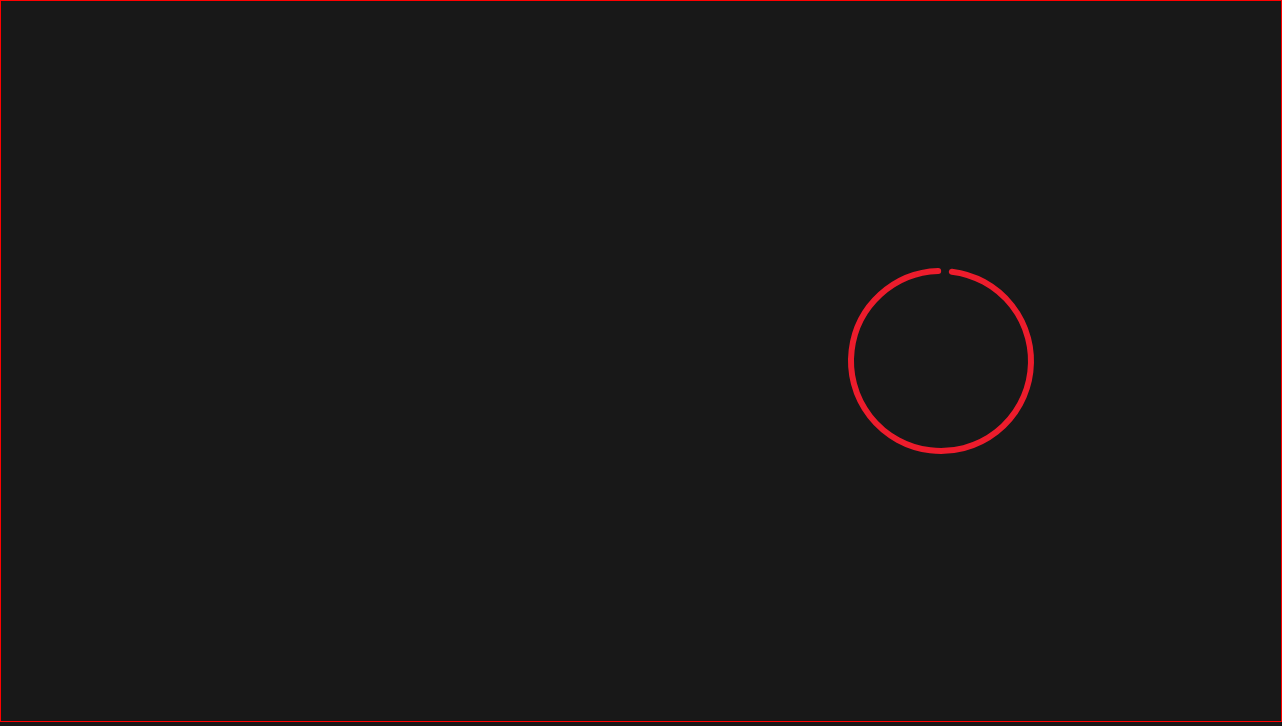
Repository: randy918/chris-canvas-52323
Page: index.html
An editor plug-in stored every save of this project. The page is shown before and after a run of saves, followed by the edit.
The browser window is 1280 px wide. The page is 1282 px wide, then 1280 px, then 1282 px, so the pictures cover 1282 px, including what lies to the right of the window. The pictures show the whole page.
The style sheet was rebuilt from its Sass, Less or Tailwind sources for each picture, by a compiler version that may differ from the author's.

Above is the page before, as saved 2023-05-26 18:14:56.

### index.html
<!DOCTYPE html>
<html lang="en">
	<head>
		<meta charset="UTF-8" />
		<meta http-equiv="X-UA-Compatible" content="IE=edge" />
		<meta
			name="viewport"
			content="width=device-width, initial-scale=1.0"
		/>
		<link
			rel="stylesheet"
			href="css/main.css"
			<script
			src="https://ajax.googleapis.com/ajax/libs/jquery/3.6.3/jquery.min.js"
			defer
		/>

		<title>Canvas Resize</title>
	</head>

	<body>
		<canvas></canvas>

		<script src="js/myfunctions.js"></script>
		<script src="js/canvas.js"></script>
	</body>
</html>

<!-- ca1f26ba6eb2ba4fb641257b39d3bea7 -->

### js/myfunctions.js
//todo   function r(min, max)  Random integers, can be just 'max'
//todo   function getTime()--works! it is 72519.1414 format
//todo   function getCompleteDate()
//todo   function getMinute()
//todo   function getHour()
//todo   function getHour00()
//todo   function get24Hour()
//todo   function get24Hour00()
//todo   function getDay()
//todo   function getDay00()
//todo   function getMonth()
//todo   function getMonth00()
//todo   function getYear()
//todo   function getYear00()
//todo   function t()    eternal timestamp long number
//todo   function placeText(myIdClass, text)   unsure if it works?
//todo   function placeText2(myIdClass, text)   unsure if it works?
//todo   function getText(myIdClass)....brings whole line incl. tags
//todo   function getInnerText(myIdClass)
//todo   function getOuterText(myIdClass)
//todo   function addClass(myIdClass, newClass)
//todo   function removeClass(myIdClass, removeClass)
//todo   function changeBackgroundColor(myIdClass, color)
//todo   function changeTypeColor(myIdClass, color)
//todo   function changeTypeSize(myIdClass, size)
//todo   function addCSSText(myIdClass, text)



function r(min, max) {
  // 2.0, accepts single value for 1-x
  if (max === undefined) {
    max = min;
    min = 1;
  }
  const randomNumber = min - 1 + Math.ceil(Math.random() * (max + 1 - min));
  return randomNumber;
}
// may not be a real function
function getTime() {
  var today = new Date();
  var codeMonth = today.getMonth() + 1;
  var codeDay = today.getDate();
  if (codeDay < 10) {
    codeDay = "0" + codeDay;
  }
  var codeMinute = today.getMinutes();
  var codeHour = today.getHours();
  if (codeMinute < 10) {
    codeMinute = "0" + codeMinute;
  }
  if (codeHour < 10) {
    codeHour = "0" + codeHour;
  }
  var codeYear = today.getFullYear() - 2000;
  var dateTime =
    codeMonth + "" + codeDay + "" + codeYear + "." + codeHour + "" + codeMinute;
  // document.getElementById(`timeStamp`).innerHTML = dateTime;
  t = setTimeout(function () {
    getTime();
  }, 30000);
  return dateTime;
}

function getCompleteDate() {
  const today = new Date();
  return today;
}

function getMinute() {
  const today = new Date();
  const codeMinute = today.getMinutes();
  if (codeMinute < 10) {
    codeMinute = "0" + codeMinute;
  }
  return codeMinute;
}

function getMinute00() {
  const today = new Date();
  let codeMinute = today.getMinutes();
  if (codeMinute < 10) {
    codeMinute = "0" + codeMinute;
  }
  return codeMinute;
}

function getHour() {
  const today = new Date();
  let codeHour = today.getHours();
  if (codeHour > 12) {
    codeHour = codeHour - 12;
  }
  return codeHour;
}

function getAmPm() {
  let amPm = "am";
  const today = new Date();
  let codeHour = today.getHours();
  if (codeHour > 12) {
    amPm = "pm";
  }
  return amPm;
}

function getHour00() {
  const today = new Date();
  const codeHour = today.getHours();
  if (codeHour > 12) {
    codeHour = codeHour - 12;
  }
  if (codeHour < 10) {
    codeHour = "0" + codeHour;
  }
  return codeHour;
}

function get24Hour() {
  const today = new Date();
  const codeHour = today.getHours();
  return codeHour;
}

function get24Hour00() {
  const today = new Date();
  const codeHour = today.getHours();
  if (codeHour < 10) {
    codeHour = "0" + codeHour;
  }
  return codeHour;
}

function getDayVerbal() {
  const today = new Date();
  const codeDay = today.getDay() + 1;
  return theDay[codeDay];
}

function getDay00() {
  const today = new Date();
  const codeDay = today.getDate();
  if (codeDay < 10) {
    codeDay = "0" + codeDay;
  }
  return codeDay;
}

function getDay() {
  const today = new Date();
  const codeDay = today.getDate();
  return codeDay;
}

function getMonthVerbal() {
  const today = new Date();
  const codeMonth = today.getMonth() + 1;
  return theMonth[codeMonth];
}

function getMonth00() {
  const today = new Date();
  const codeMonth = today.getMonth() + 1;
  if (codeMonth < 10) {
    codeMonth = "0" + codeMonth;
  }
  return codeMonth;
}

function getMonth() {
  const today = new Date();
  const codeMonth = today.getMonth() + 1;
  return codeMonth;
}

function getYear00() {
  const today = new Date();
  const codeYear = today.getYear() - 100;
  if (codeYear < 10) {
    codeMYear = "0" + codeYear;
  }
  return codeYear;
}

function getYear() {
  const today = new Date();
  const codeYear = today.getYear() + 1900;
  return codeYear;
}

function t() {
  const now = new Date();
  eventTimestamp = now.getTime();
  // c(eventTimestamp);
  return eventTimestamp;
}
//    !  72419.1659 DOM MANIPULATION
//!
//!  placeText   element name, and text to put there--runs loosely?

function placeText(myIdClass, text) {
  const myElement = document.querySelector(myIdClass);
  myElement.innerText = text;
}
//    the function is longer than the original
// $(myIdClass).text(text)   <---works
function placeText2(myIdClass, text) {
  $(myIdClass).text(text);
}
function getText(myIdClass) {
  return document.querySelector(myIdClass);
}

function getInnerText(myIdClass) {
  return document.querySelector(myIdClass).innerHTML;
}

function getOuterText(myIdClass) {
  return document.querySelector(myIdClass).outerHTML;
}

function addClass(myIdClass, newClass) {
  document.querySelector(myIdClass).classList.add(newClass);
}

function removeClass(myIdClass, removeClass) {
  document.querySelector(myIdClass).classList.remove(removeClass);
}
// not sure what this one is for now
function containsClass(myIdClass, containsClass) {
  document.querySelector(myIdClass).classList.contains(containsClass);
}
// above, can switch and toggle  also  mmtuts YOUTUBE 29-31 USING JAVASCRIPT
function changeBackgroundColor(myId, color) {
  document.getElementById(myId).style.background = color;

  // document.querySelector(myIdClass).style.backgroundColor = color;
}

function changeTypeColor(myIdClass, color) {
  document.querySelector(myIdClass).style.color = color;
}

function changeTypeSize(myIdClass, size) {
  document.querySelector(myIdClass).style.fontSize = size;
}

function addCSSText(myIdClass, text) {
  document.querySelector(myIdClass).style.cssText = text;
}

//!  72519.1714    Common Basic VARIABLE ARRAYS
var theDay = new Array(
  "Zero",
  "Sunday",
  "Monday",
  "Tuesday",
  "Wednesday",
  "Thursday",
  "Friday",
  "Saturday"
);
var theDayMin3 = new Array(
  "Zero",
  "Sun.",
  "Mon.",
  "Tues.",
  "Wed.",
  "Thurs.",
  "Fri.",
  "Sat."
);
var theDayMin2 = new Array("Zero", "S", "M", "Tu", "W", "Th", "F", "S");
var theDayMin1 = new Array("Zero", "S", "M", "T", "W", "T", "F", "S");
var theMonth = new Array(
  "Zero",
  "January",
  "February",
  "March",
  "April",
  "May",
  "June",
  "July",
  "August",
  "September",
  "October",
  "November",
  "December"
);
var theMonthMin = new Array(
  "Zero",
  "Jan.",
  "Feb.",
  "Mar.",
  "Apr.",
  "May",
  "June",
  "July",
  "Aug.",
  "Sept.",
  "Oct.",
  "Nov.",
  "Dec."
);

function showDateTimeFormat() {
  const today = new Date();
  const formattedDate = new Intl.DateTimeFormat("en-US").format(today);
  const consoleFunctioningMessage = `
Console functioning: ${getDayVerbal()}, ${getMonthVerbal()} ${getDay()} at ${getHour()}:${getMinute00()}${getAmPm()}
  `;
  return consoleFunctioningMessage;
}
showDateTimeFormat();

console.log(`%c${showDateTimeFormat()}`, "font-size: 20px; color: gray");

//console.log("%cThis is a default font style", "color: blue; font-size: 20px");

### js/canvas.js
//!  121822.0826        FUNCTIONS

const init = function () {
	main();
};

window.onload = function () {
	init();
};

//!  123122.1839        MAIN================================================

const main = function () {
	//!  10123.1609  variables

	const canvas = document.querySelector("canvas");
	canvas.width = window.innerWidth;
	canvas.height = window.innerHeight;

	let defaultX = canvas.width / 2;
    let defaultY = canvas.height / 2;

    let dx = 1;


	const DEFAULTWIDTH = 200;
	const DEFAULTHEIGHT = 200;
	const DEFAULTSTROKEWIDTH = 6;

	let defaultWidth = DEFAULTWIDTH;
	let defaultHeight = DEFAULTHEIGHT;
	let defaultStrokeWidth = DEFAULTSTROKEWIDTH;

	const c = canvas.getContext("2d");

	//!  10123.1609 functions

	//!  10123.1609 LIBRARY

	const c_Animate = function () {
        requestAnimationFrame(c_Animate);
        c.clearRect(0, 0, innerWidth, innerHeight);

        c_Circle(defaultX, defaultY, 90);
        defaultX++


	};

	const c_Circle = function (
		defaultX,
		defaultY,
		size,
		defaultHeight
	) {
		c.beginPath();
		c.arc(defaultX, defaultY, size, -1.45, 1.49 * Math.PI);
		c.stroke();
	};

	const c_Fill = function (color, size) {
		c.fillStyle = color;
	};

	const c_Square = function (defaultX, defaultY, size) {
		c.beginPath();
		c.fillRect(
			defaultX - size / 2,
			defaultY - size / 2,
			size,
			size
		);
		c.stroke();
	};

	const c_Stroke = function (color, size) {
		c.strokeStyle = color;
		c.lineWidth = defaultStrokeWidth;
        c.lineCap = "round";

	};

	//!  10123.161 0  main body=========================================

	//line
	c_Stroke("#ed1c2c");
	c_Circle(defaultX, defaultY, 90);
	c_Fill("#05b500");
	c_Square(defaultX, defaultY, 90);
	c_Animate();
};

//!  123122.1839  END

### css/main.scss
$colors: (
    bg: rgba(55, 66, 76, 1),
    theGreen: rgba(0, 173, 43, 1),
    theRed: rgba(194, 47, 51, 1),
    theOrange: rgba(255, 103, 0, 1),
    theRodeoPink: #f1a1a4,
    theRodeoBlue: #7f86b0,
    theYellow: rgb(221, 172, 94),
    theGray: rgb(78, 92, 107),
    theBackground: rgba(241, 227, 214, 1),
    theDarkGray: rgba(43, 50, 56, 1),
    theBrown: rgba(101, 42, 36, 1),
    bitByBitRed: rgba(240, 44, 80, 1),
    bitByBitBlue: rgba(0, 79, 136, 1),
    bitByBitBlonde: rgba(241, 227, 214, 1),
    bbb2-TranquilSea: rgba(188, 199, 203, 1),
    bbb2-RedMyMind: rgba(143, 57, 56, 1),
    bbb2-SnowyPine: rgba(226, 223, 216, 1),
    bbb2-Basswood: rgba(188, 166, 142, 1),
    bbb2-CompassBlue: rgba(51, 66, 87, 1),
    f1: rgba(237, 28, 44, 1),
    f2: rgba(240, 87, 35, 1),
    f3: rgba(242, 203, 21, 1),
    f4: rgba(5, 181, 0, 1),
    f5: rgba(0, 29, 150, 1),
    f6: rgba(50, 50, 50, 1),
    f7: rgba(36, 36, 36, 1),
    f8: rgba(24, 24, 24, 1),
);

@function getColor($color-name) {
    @return map-get($colors, $color-name);
}

* {
    box-sizing: border-box;
    border: none;
}

body {
    color: getColor(bbb2-TranquilSea);
    background: getColor(f8);
    margin: 0;
}

h1 {
}

#inputValue {
    width: 40vw;
    font-size: 2vw;
    outline: none;
}

#search {
    color: beige;
    background-color: getColor(theDarkGray);
    outline: none;
    font-size: 2vw;
}

canvas {
    border: 1px solid red;
}

After the next 2 saves:
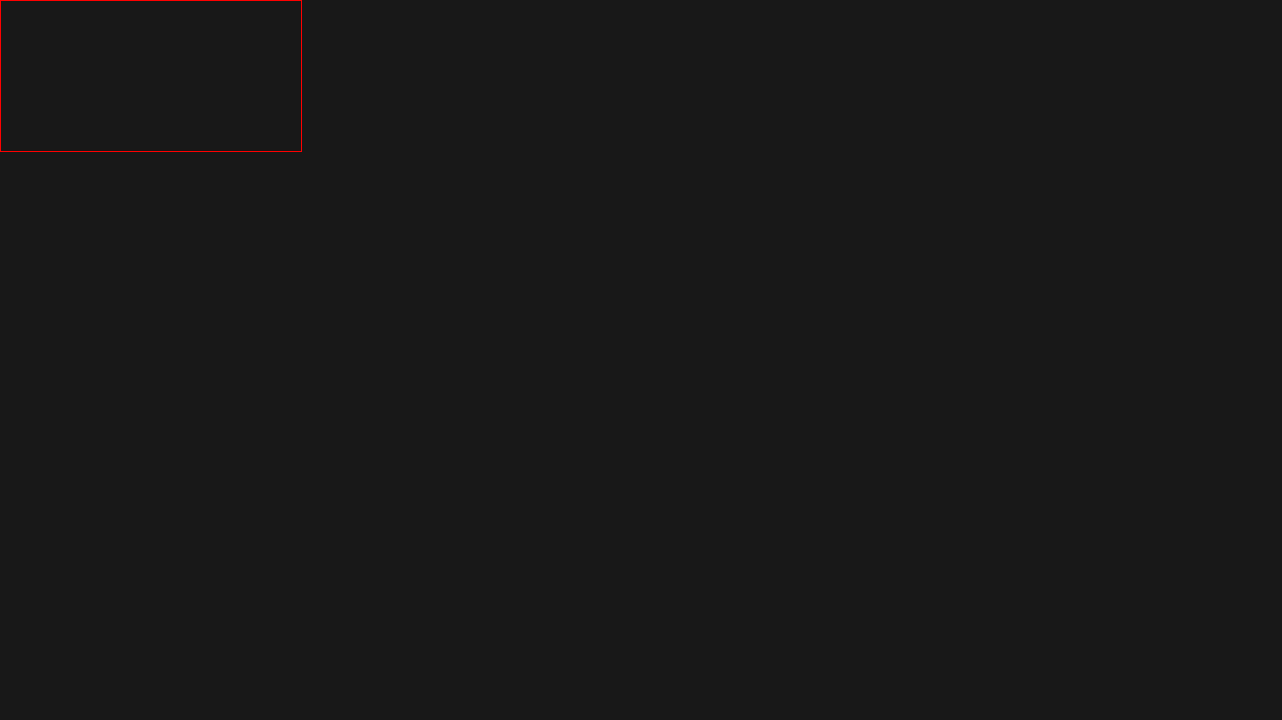
Console error: SyntaxError: Unexpected token '}'
The 2 saves are shown as one change because they came seconds apart.
The last was saved 23 s later.
--- a/js/canvas.js
+++ b/js/canvas.js
@@ -42,7 +42,7 @@
         c.clearRect(0, 0, innerWidth, innerHeight);
 
         c_Circle(defaultX, defaultY, 90);
-        defaultX++
+        defaultX =
 
 
 	};

After the 3 saves that followed:
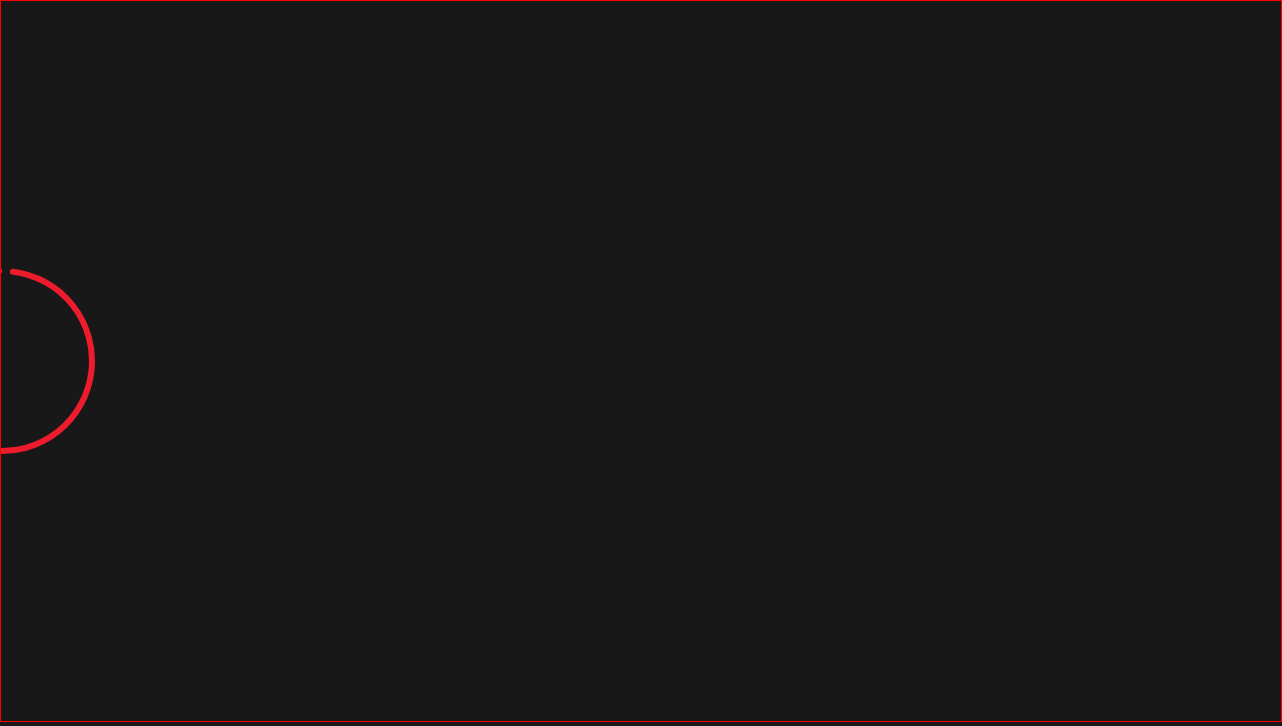
The error is gone.
The 3 saves are shown as one change because 1 left the picture as it was and some came seconds apart.
The last was saved 10 s later.
--- a/js/canvas.js
+++ b/js/canvas.js
@@ -42,7 +42,7 @@
         c.clearRect(0, 0, innerWidth, innerHeight);
 
         c_Circle(defaultX, defaultY, 90);
-        defaultX =
+        defaultX =+dx
 
 
 	};
